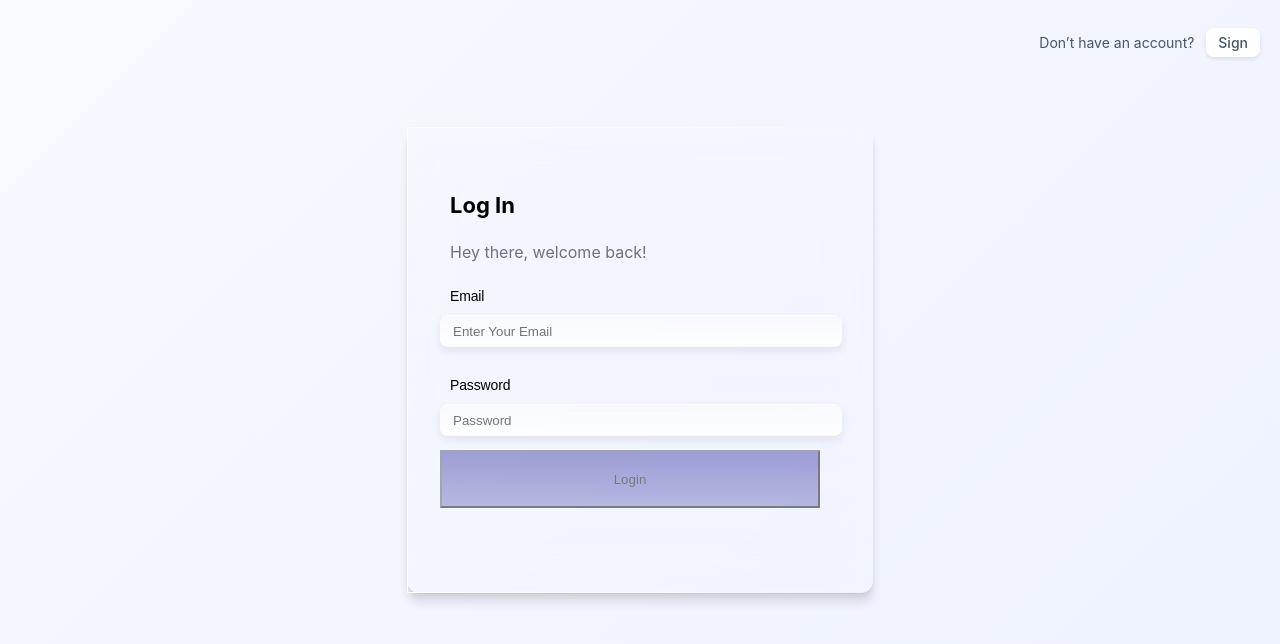
Repository: AfifaNoor/Admin_Panel-React-
Page: /
The author's editor kept a copy of each file at every save. The page is drawn from the files as they stood at one save, then again after the next save.
The browser window is 1280 px wide. The pictures show the whole page.
The project was rebuilt for these pictures with package versions that can differ from the ones it lists, and the page was loaded fresh each time. Also part of the build but not shown: src/SignUp.jsx.

Above is the page before, as saved 2025-07-10 17:58:50.

### src/App.js
import React from 'react'
import LoginPage from './LoginPage'
import { RouterProvider } from 'react-router-dom'
import Router from './Router'

const App = () => {
  return (
    <>
      {/* <RouterProvider router={Router}/> */}
      <LoginPage/>
    </>


  )
}

export default App

### src/LoginPage.jsx
import React, { useState } from 'react'
// import {Navigate, useNavigate} from 'react-router-dom';
import "./LoginPage.css"
import { ToastContainer, toast } from 'react-toastify';
import 'react-toastify/dist/ReactToastify.css';

const LoginPage = () => {
    const[email , setEmail]=useState('')
    const [password , setPassword] = useState('')
    // const navigate= useNavigate();

const handleSubmit =(e)=>{
    e.preventDefault();

 const hardcoreMail="login@gmail.com";
 const hardcorePassword = '1234567'

    if (email=== hardcoreMail && password === hardcorePassword){
        alert("Login Successfull")

    }else{
        alert("Invalid Credential")
    }

}



  return (
 <div className="login-container">

      <div className="signup-redirect">
        <p>
          Don’t have an account?{' '}
          {/* <span className="signup-link" onClick={() => navigate('/sign-up')}> */}
            {/* Sign Up */}
          {/* </span> */}
          <span className="signup-link" >
            Sign
          </span>
        </p>
      </div>



    <div>



    </div>

      <form className="login-form" onSubmit={handleSubmit}>
      <div className="title">
        <h1>Log In</h1>
        <p>Hey there, welcome back!</p>
      </div>
      <label className='form-label'>Email</label>
        <input
          type="email"
          className="form-input"
          value={email}
          placeholder="Enter Your Email"
          onChange={(e) => setEmail(e.target.value)}
          required
        />

        <label className='form-label'>Password</label>
        <input
          type="password"
          className="form-input"
          placeholder="Password"
          value={password}
          onChange={(e) => setPassword(e.target.value)}
          required
        />

        <button className="login-btn" type="submit">
          Login
        </button>

        {/* <ToastContainer /> */}
      </form>
    </div>
  );
}

export default LoginPage

### src/Router.jsx
import React from 'react';
import { createBrowserRouter , createRoutesFromElements , Route } from 'react-router-dom';
import LoginPage from './LoginPage';
import SignUp from './SignUp';

const Router = createBrowserRouter(
  createRoutesFromElements(
    <>

      <Route path='/sign-up' element={<SignUp/>}/>
      <Route path='login-page' element={<LoginPage/>}/>
    </>
  )
)

export default Router;

### src/LoginPage.css
.login-container {
  width: 100%;
  height: 100vh;
  /* background: #FFFFFF; */
  opacity: 1;
  transform: rotate(0deg);
  display: flex;
  justify-content: center;
  align-items: center;
  background: linear-gradient(135deg, #f8f9ff, #eef2ff);
  flex-direction: column;
  /* font-family: 'Inter','sans-serif'; */
  position: relative;


}
.signup-redirect {
  position: absolute;
  top: 20px;
  right: 20px;
  font-size: 14px;
  color: #475569;
}

.signup-link {
  background: #ffffff;
  border-radius: 8px;
  padding: 6px 12px;
  margin-left: 8px;
  box-shadow: 0 2px 4px rgba(0,0,0,0.1);
  cursor: pointer;
  font-weight: 500;
  transition: all 0.3s ease;
}

.signup-link:hover {
  background: #f0f0f0;
}




.login-form{
  width: 400px;
  height: 400px;
  /* position: absolute; */
  /* top: 150.5px; */
  /* left: 482px; */
  border-radius: 12px;
  padding: 32px;
  gap: 10px;
  opacity: 1;
  flex-direction: column;

  z-index: 2;

  background: linear-gradient(180deg, rgba(255, 255, 255, 0) -9.58%, rgba(255, 255, 255, 0.052) 100%);
  border: 1px solid transparent;
  border-image-source: linear-gradient(93.78deg, #FFFFFF 8.04%, rgba(255, 255, 255, 0) 100%);
  border-image-slice: 1;


-webkit-backdrop-filter: blur(20px);
backdrop-filter: blur(20px);

box-shadow:
  0px 10px 10px 0px rgba(0, 0, 0, 0.10),
  0px 4px 4px 0px rgba(0, 0, 0, 0.05),
  0px 1px 0px 0px rgba(0, 0, 0, 0.05),
  inset 0px 20px 50px 0px rgba(255, 255, 255, 0.15);

}

.title{
  z-index: 3;
  width: 380px;
  height: 72px;
  opacity: 1;
  gap: 10px;
  padding: 10px;
  /* margin-bottom: 550px; */
  /* box-shadow: 0 4px 12px rgba(0, 0, 0, 0.1); */
  margin-bottom: 20px;


}

.title h1 {
width: 380px;
height: 40px;
font-family: 'Inter', sans-serif;
font-weight: 600px;
font-size: 22px;
line-height: 40px;
letter-spacing: -1%;
margin-bottom: 8px;
}

.title p{
  font-size: 16px;
  font-style: Inter;
  font-weight: 400px;
  font-style:normal;
  line-height: 22px;
  /* letter-spacing: -1%; */
  color: rgba(107, 114, 128, 1);
  margin-bottom: 24px;
  /* margin-bottom: 5px; */

}

.form-label{
width: 380px;
height: 22px;
transform: rotate(0deg);
opacity: 1;
gap: 12px;
text-align: left;
font-family: 'Intern',sans-serif;
font-weight: 500px;
font-size: 14px;
line-height: 22px;
letter-spacing: -0.01em;
color:black;
border: none;
border-radius: 6px;
padding: 3px 10px;
cursor: pointer;
display: inline-flex;
/* align-items: left; */
justify-content: left;
margin-top: 10px;
margin-bottom: 5px;

}

.form-input{

  width: 380px;
  height: 20px;
  min-width: 140px;
  max-width: 500px;
  transform: rotate(0deg);
  opacity: 1;
  border-radius: 8px;
  border-width: 1px;
  padding: 5px 8px 5px 12px;
  gap: 8px;
  margin-bottom: 14px;

  background: linear-gradient(0deg, rgba(255, 255, 255, 0.9) 0%, rgba(255, 255, 255, 0.4) 100%);
  border: 1px solid transparent; /* fallback for border-image */

  border-image:
    linear-gradient(0deg, rgba(255, 255, 255, 0.1), rgba(255, 255, 255, 0.1)),
    linear-gradient(360deg, rgba(255, 255, 255, 0.5) 0%, rgba(255, 255, 255, 0) 100%);
  border-image-slice: 1;


  -webkit-backdrop-filter: blur(20px);
  backdrop-filter: blur(20px);
  box-shadow: 0 4px 10px rgba(0,0,0,0.08);
  cursor: pointer;
}

.login-btn{
  direction: vertical;
  width: 380px;
  height: 58px;
  padding: 7px 7px ;
  gap: 12px;
  border-radius: 1px;
  opacity: 50%;
  background: linear-gradient(180deg, #4648AB 0%, rgba(70, 72, 171, 0.7) 100%)
  /* background: linear-gradient(119.36deg, rgba(99, 102, 241, 0.2) 0%, rgba(236, 72, 153, 0.2) 100%) */

}

Loaded but not shown: public/index.html (common file); src/index.js (common file); src/index.css (common file); src/reportWebVitals.js (common file)

After the next save:
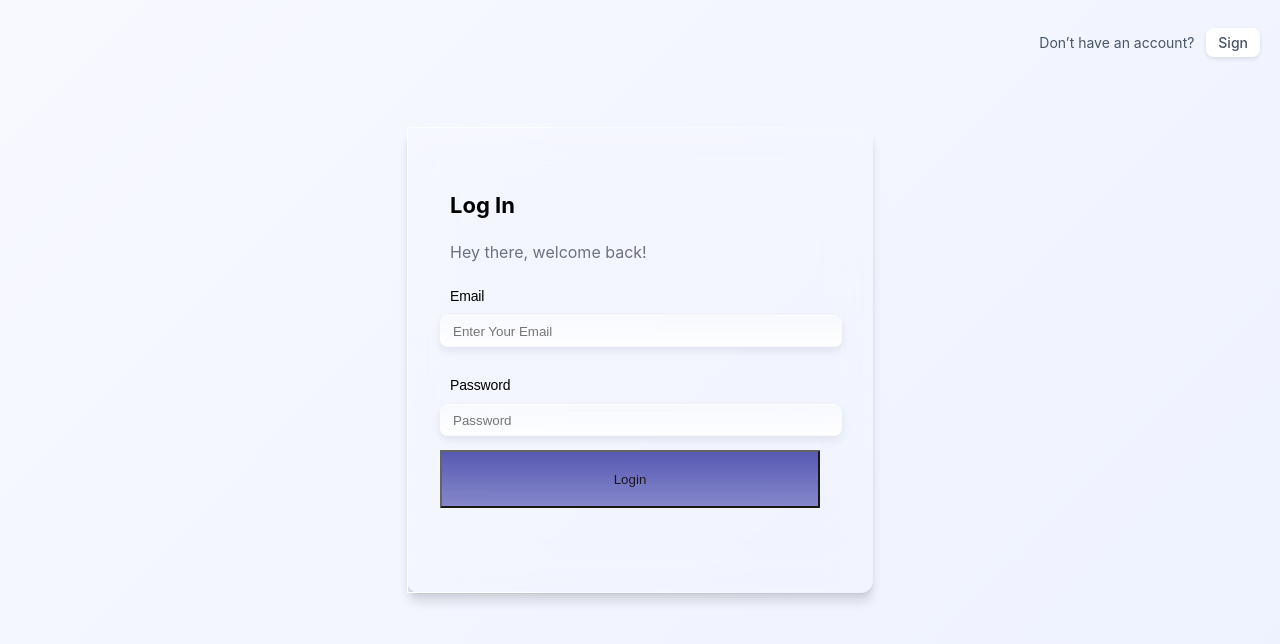
Saved 5 s later.
--- a/src/LoginPage.css
+++ b/src/LoginPage.css
@@ -170,7 +170,7 @@ margin-bottom: 5px;
   padding: 7px 7px ;
   gap: 12px;
   border-radius: 1px;
-  opacity: 50%;
+  opacity: 90%;
   background: linear-gradient(180deg, #4648AB 0%, rgba(70, 72, 171, 0.7) 100%)
   /* background: linear-gradient(119.36deg, rgba(99, 102, 241, 0.2) 0%, rgba(236, 72, 153, 0.2) 100%) */
 
